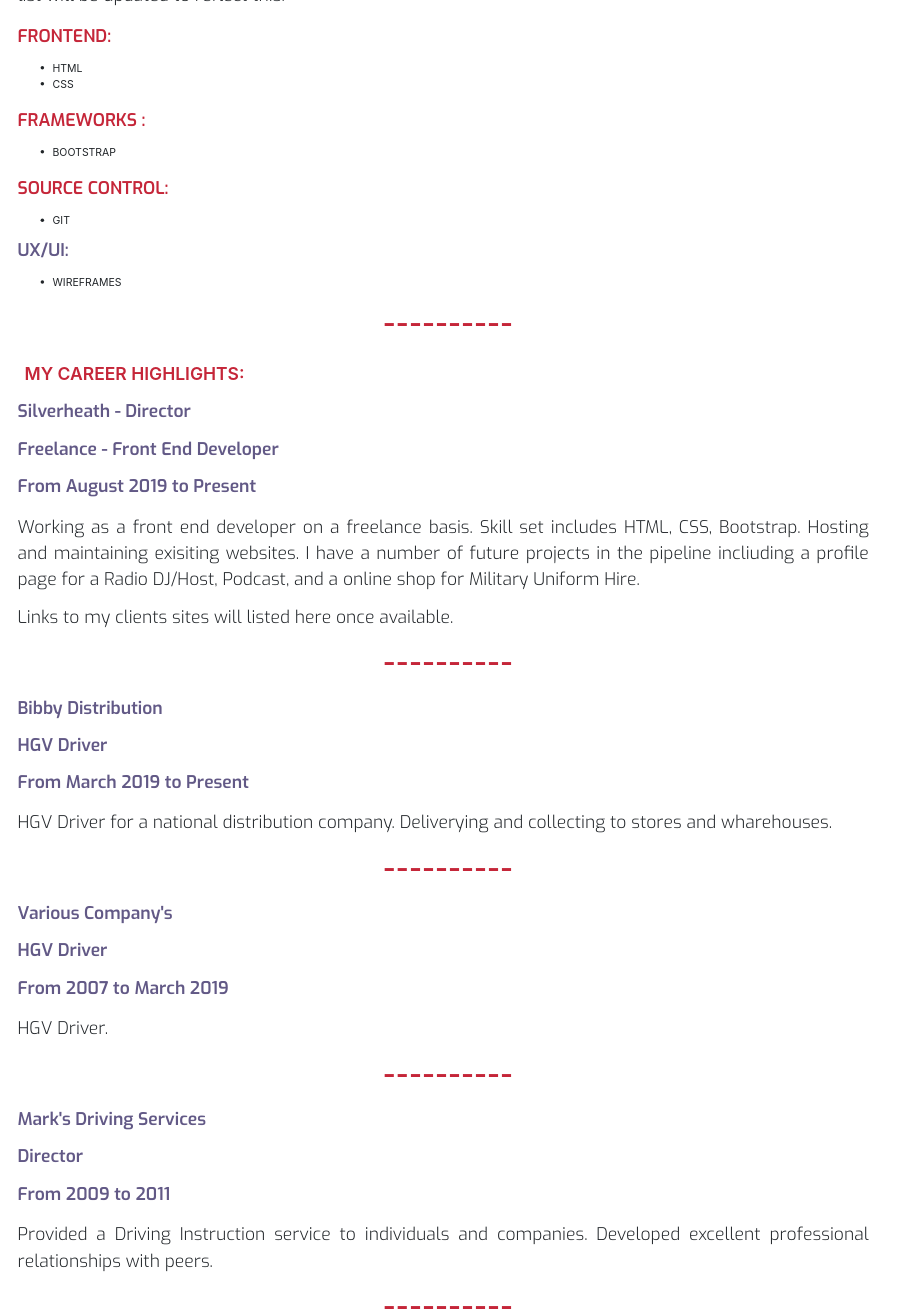
Repository: Code-Institute-Submissions/silverheath
Page: resume.html
The author's editor kept a record of every edit. The page is drawn from the files as they stood at one moment, then again after the next edit.
The browser window is 1280 px wide. The page is 1305 px wide, so the pictures cover 1305 px, including what lies to the right of the window. The pictures show the part of the page from y = 365 to 2245 px (the page is 3000 px tall before and 2991 px after), at 70% of full size.
Some web libraries are served in a nearby version.

Above is the page before.

After the next edit:
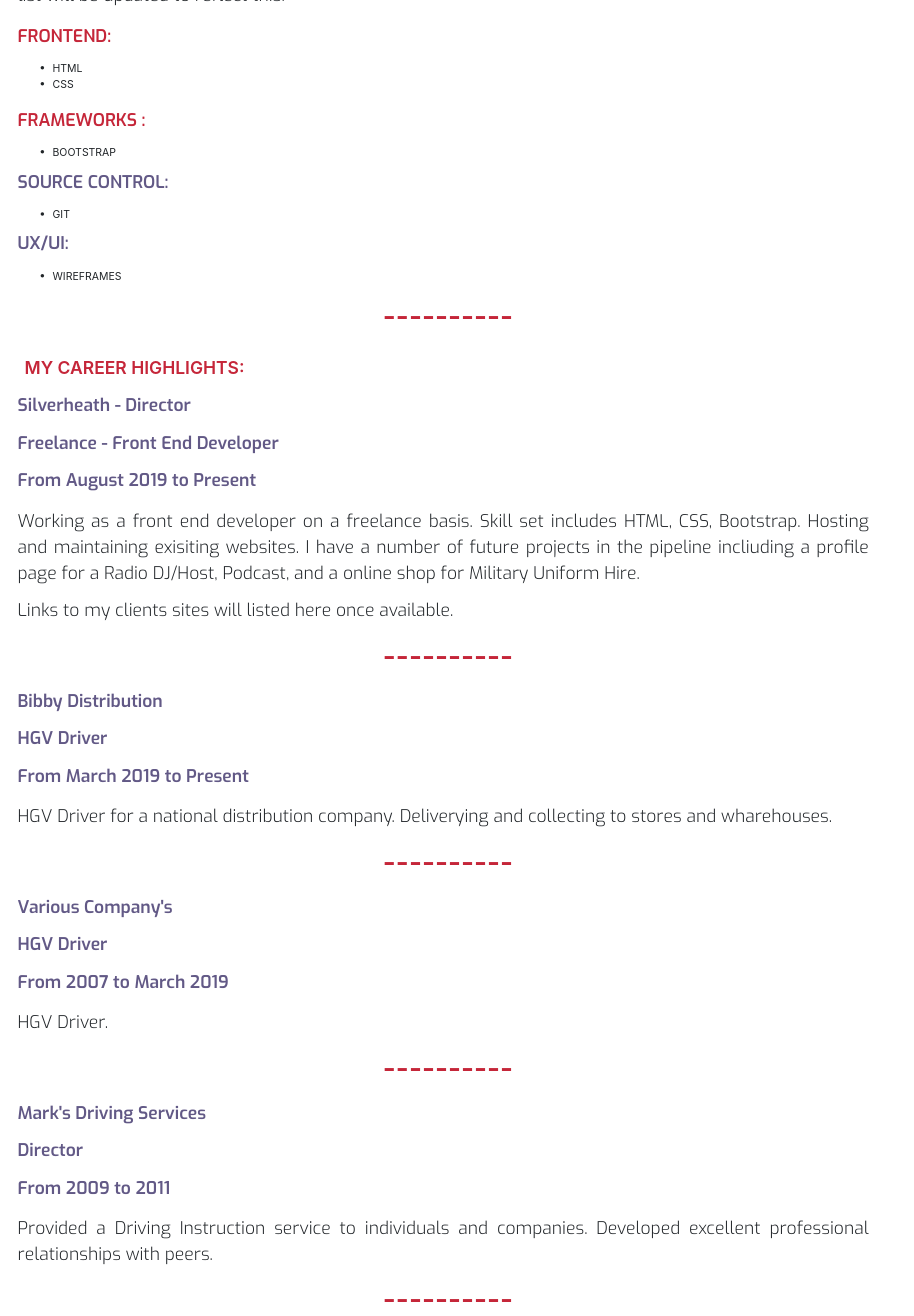
The edit:
--- a/resume.html
+++ b/resume.html
@@ -67,7 +67,7 @@
                     <li>Bootstrap</li>
                 </ul>
             </div>
-            <h4 class="section-heading uppercase about-header">Source control:</h4>
+            <h4 class="section-heading uppercase resume-header">Source control:</h4>
             <div class="resume-list uppercase">
                 <ul>
                     <li>Git</li>
